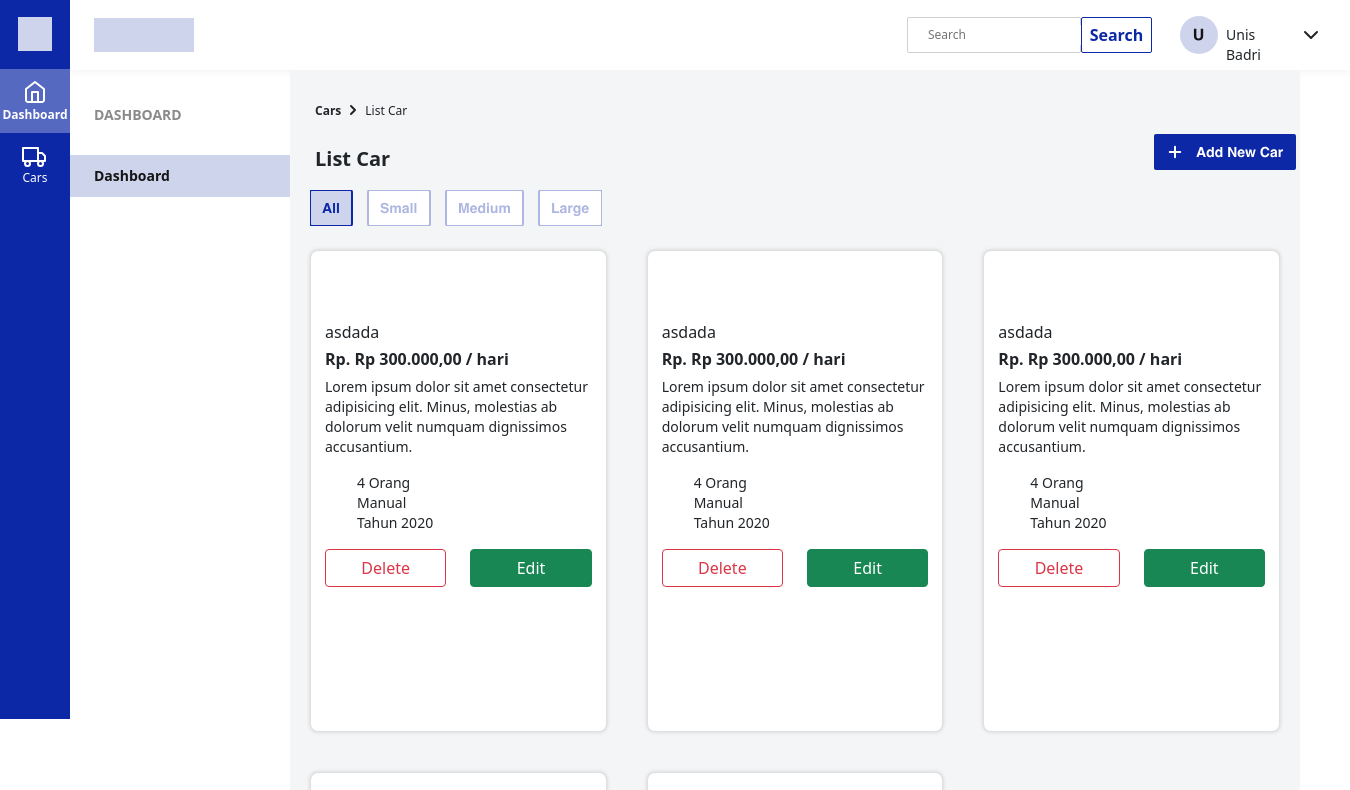
Repository: farrelmuhammad/challenge-7-binar
Page: /carlist
An editor plug-in stored every save of this project. The page is shown before and after the next save, followed by the edit.
The browser window is 1280 px wide. The page is 1350 px wide, so the pictures cover 1350 px, including what lies to the right of the window. The pictures show the whole page.
The page's requests for data from a server got no answer. An inner scrolling area shows only its first screen. The project was rebuilt for these pictures with package versions that can differ from the ones it lists, and the page was loaded fresh each time. No one was signed in, and anything a server would have sent is missing. Also part of the build but not shown: src/component/navbar.js, src/component/header.js, src/component/footer.js, src/App.js, src/component/admin/Dashboard/index.jsx, src/pages/admin/Dashboard.js, src/component/searchForm.js, src/pages/cars.js.

Above is the page before, as saved 2022-05-27 20:03:48.

After the next save:
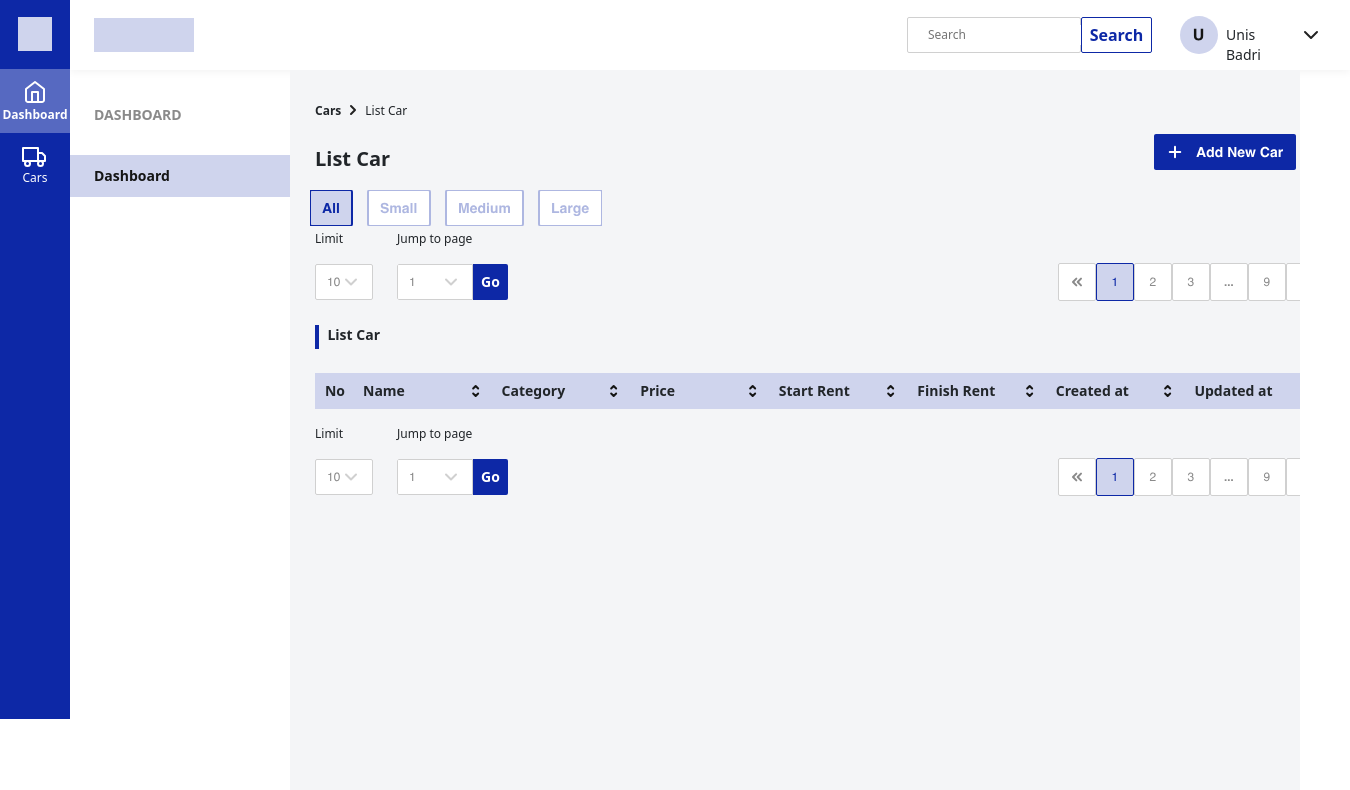
Saved 7 min 36 s later.
--- a/src/component/admin/Cars/index.jsx
+++ b/src/component/admin/Cars/index.jsx
@@ -1,55 +1,16 @@
 
+import axios from "axios";
+import { useEffect, useState } from "react";
 import { Link } from "react-router-dom";
 import "./Content.css";
 
 const CarsListContent= () => {
-    const dataOrder = [
-        {
-          id: "1",
-          email: "admin@admin.com",
-          car: "Innova",
-          start: "05-05-2022",
-          finish: "08-05-2022",
-          price: "Rp 300.000,00",
-          status: "Done",
-        },
-        {
-          id: "2",
-          email: "admin@admin.com",
-          car: "Innova",
-          start: "05-05-2022",
-          finish: "08-05-2022",
-          price: "Rp 300.000,00",
-          status: "Done",
-        },
-        {
-          id: "3",
-          email: "admin@admin.com",
-          car: "Innova",
-          start: "05-05-2022",
-          finish: "08-05-2022",
-          price: "Rp 300.000,00",
-          status: "Done",
-        },
-        {
-          id: "4",
-          email: "admin@admin.com",
-          car: "Innova",
-          start: "05-05-2022",
-          finish: "08-05-2022",
-          price: "Rp 300.000,00",
-          status: "Done",
-        },
-        {
-          id: "5",
-          email: "admin@admin.com",
-          car: "Innova",
-          start: "05-05-2022",
-          finish: "08-05-2022",
-          price: "Rp 300.000,00",
-          status: "Done",
-        },
-      ];
+    const [cars, setCars] = useState([])
+
+    useEffect(() => {
+        axios.get('https://rent-cars-api.herokuapp.com/admin/car')
+            .then(res => setCars(res.data))
+    })
 
   return (
     <>
@@ -73,14 +34,14 @@ const CarsListContent= () => {
 
         {/* order table */}
         <div className="container-car">
-            {dataOrder?.map((order, i) => (
-                <div key={order.id} className="card">
+            {cars?.map((car, i) => (
+                <div key={car.id} className="card">
                     <div className="image">
                         <img src="" alt="" />
                     </div>
                     <div className="info">
                         <h6>asdada</h6>
-                        <h6 className="price">Rp. {order.price} / hari</h6>
+                        <h6 className="price">Rp. {car.price} / hari</h6>
                         <p>Lorem ipsum dolor sit amet consectetur adipisicing elit. Minus, molestias ab dolorum velit numquam dignissimos accusantium.</p>
                         <ul>
                             <li>4 Orang</li>
